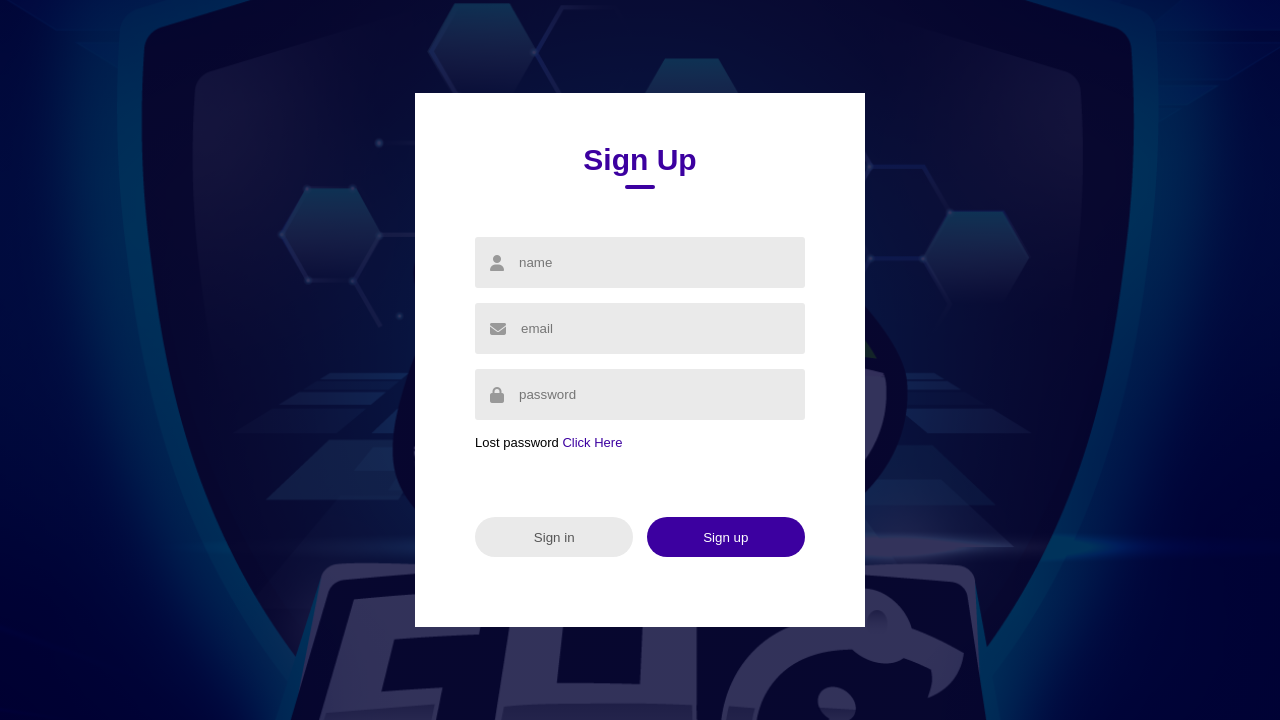
Repository: vietanhlek48/loginProject
Page: index.html
These files come from the project's save history. The page is drawn as it stood at one moment and after the next save; the edit follows.
The browser window is 1280 px wide. The pictures show the whole page.
Some web libraries are served in a nearby version.

Above is the page before, as saved 2023-02-16 01:11:08.

### index.html
<!DOCTYPE html>
<html lang="en">
<head>
    <meta charset="UTF-8">
    <meta http-equiv="X-UA-Compatible" content="IE=edge">
    <meta name="viewport" content="width=device-width, initial-scale=1.0">
    <title>EHC Login Page</title>
    <link rel="stylesheet" href="style.css">
    <script src="https://kit.fontawesome.com/e76348e85f.js" crossorigin="anonymous"></script>
</head>
<body>
    <div class="container">
        <div class="form-box">
            <h1 id="title">Sign Up</h1>
            <form>
                <div class="input-group" id="nameField">
                    <div class="input-field">
                        <i class="fa-solid fa-user"></i>
                        <input type="text" placeholder="name">
                    </div>

                    <div class="input-field">
                        <i class="fa-solid fa-envelope"></i>
                        <input type="email" placeholder="email">
                    </div>

                    <div class="input-field">
                        <i class="fa-solid fa-lock"></i>
                        <input type="password" placeholder="password">
                    </div>
                    <p>Lost password <a href="###">Click Here</a></p>
                </div>



                <div class="btn-field">
                    <button typpe="button" id="signInBtn" class="disable">Sign in</button>
                    <button typpe="button" id="signUpBtn" >Sign up</button>
                </div>
            </form>
        </div>

    </div>


<script>
 let signUpBtn = document.getElementById("signUpBtn");
 let signIpBtn = document.getElementById("signIpBtn");
 let nameField = document.getElementById("nameField");
 let title = document.getElementById("title");


 signUpBtn.onclick = function(){
    nameField.style.maxHeight = "0";
 }
</script>
</body>
</html>

### style.css
*{
    margin: 0;
    padding: 0;
    font-family: 'Poppins', sans-serif;
    box-sizing: border-box;
}

.container{
    width: 100%;
    height: 100vh;
    background-image: linear-gradient(rgba(0, 0, 50, 0.8), rgba(0, 0, 50, 0.8)), url(background.png);
    background-position: center;
    background-size: cover;
    position: fixed;
}

.form-box{
    width: 90%;
    max-width: 450px;
    position: absolute;
    top: 50%;
    left: 50%;
    transform: translate(-50%, -50%);
    background: #fff;
    padding: 50px 60px 70px;
    text-align: center;
}

.form-box h1{
    font-size: 30px;
    margin-bottom: 60px;
    color: #3c00a0;
    position: relative;
}

.form-box h1::after{
    content: '';
    width: 30px;
    height: 4px;
    border-radius: 3px;
    background: #3c00a0;
    position: absolute;
    bottom: -12px;
    left: 50%;
    transform: translateX(-50%);
}

.input-field{
    background: #eaeaea;
    margin: 15px 0;
    border-radius: 3px;
    display: flex;
    align-items: center;
    max-height: 65%;
    transition: max-height 0.5s;
    overflow: hidden;
}

input{
    width: 100px;
    background: transparent;
    border: 0;
    outline: 0;
    padding: 18px 15px;
}

.input-field i{
    margin-left: 15px;
    color: #999;
}

form p{
    text-align: left;
    font-size: 13px;
}

form p a{
    text-decoration: none;
    color: #3c00a0;
}

.btn-field{
    width: 100%;
    display: flex;
    justify-content: space-between;
}

.btn-field button{
    flex-basis: 48%;
    background: #3c00a0;
    color: #fff;
    height: 40px;
    border-radius: 20px;
    border: 0;
    outline: 0;
    cursor: pointer;
    transition: background 1s;
}

.input-group{
    height: 280px;

}

.btn-field button.disable{
    background: #eaeaea;
    color: #555;
}

After the next save:
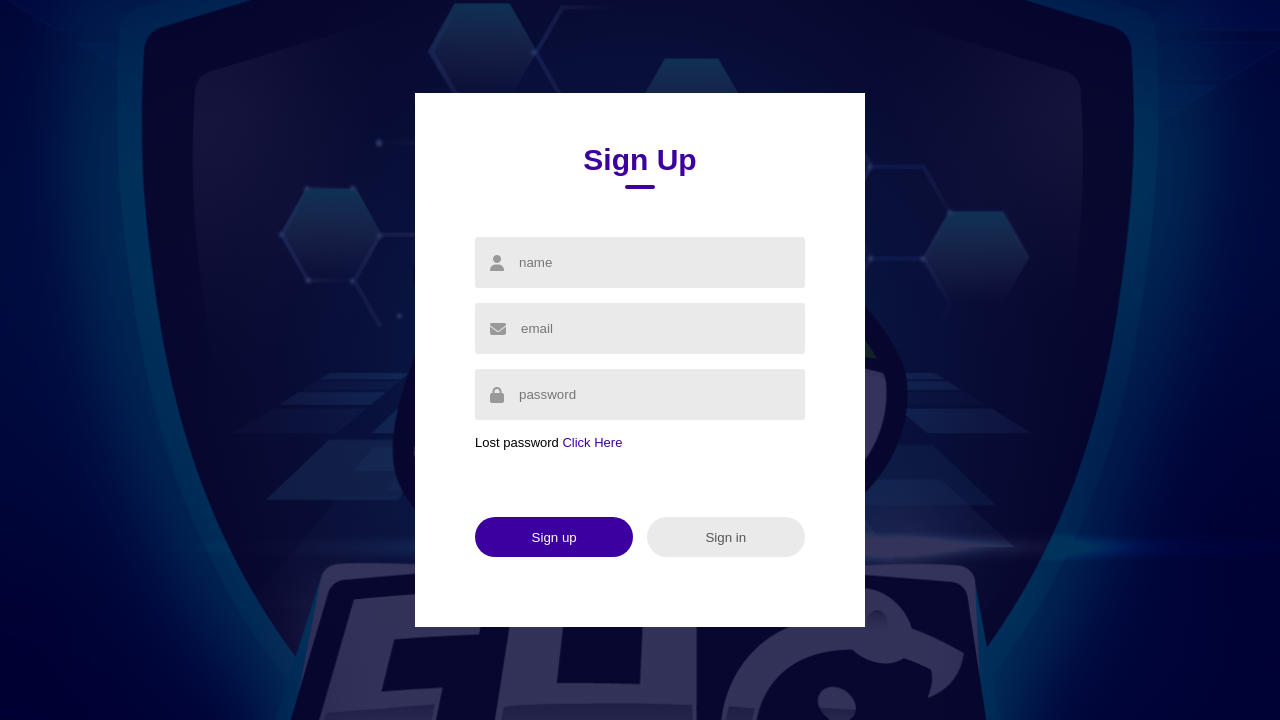
Saved 68 s later.
--- a/index.html
+++ b/index.html
@@ -34,8 +34,8 @@
 
 
                 <div class="btn-field">
+                    <button typpe="button" id="signUpBtn" >Sign up</button>
                     <button typpe="button" id="signInBtn" class="disable">Sign in</button>
-                    <button typpe="button" id="signUpBtn" >Sign up</button>
                 </div>
             </form>
         </div>
